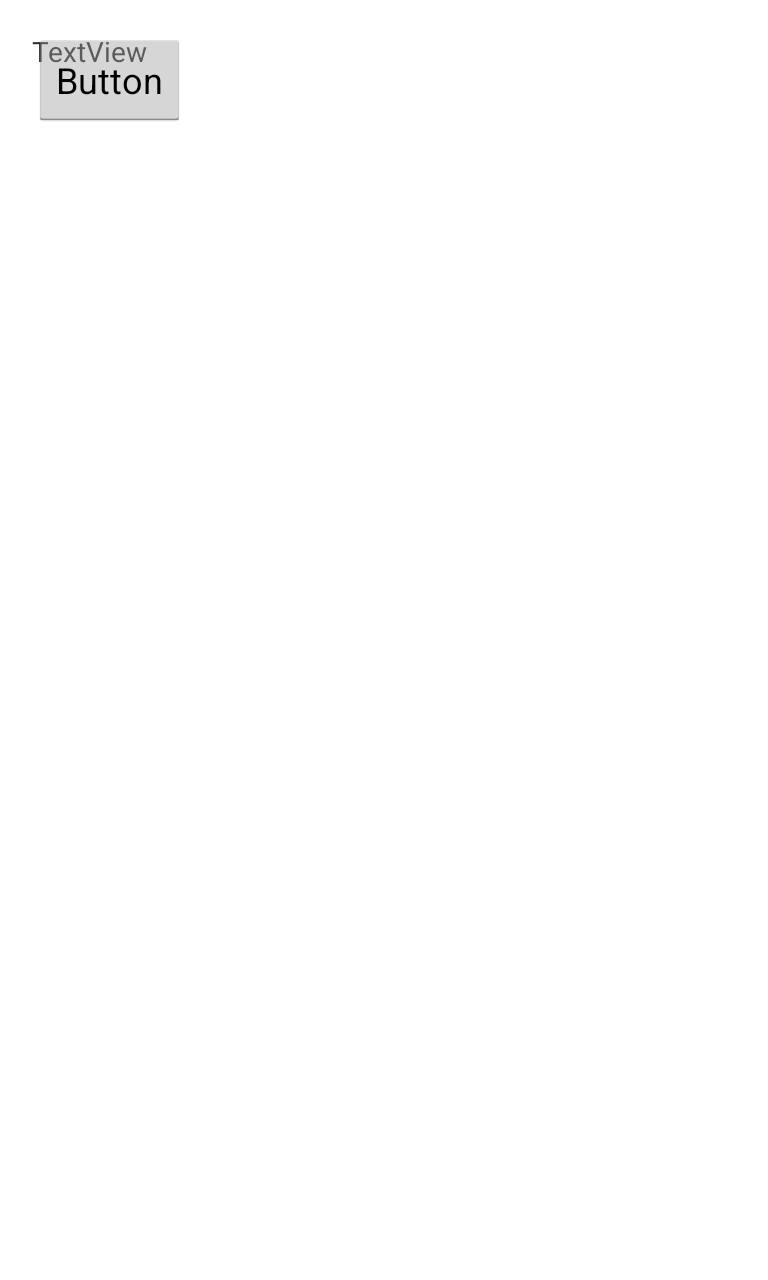
Repository: javawolfpack/CSCI567---Workspace
Layout: RelativeLayoutExample/res/layout/activity_main.xml
These files come from the project's save history. The layout is drawn as it stood at one moment and after the next save; the edit follows.
It is drawn on a 768 x 1280 px phone screen (xhdpi) without system bars, with theme AppTheme; the app's code is not run.

Above is the layout before, as saved 2014-01-30 21:28:51.

After the next save:
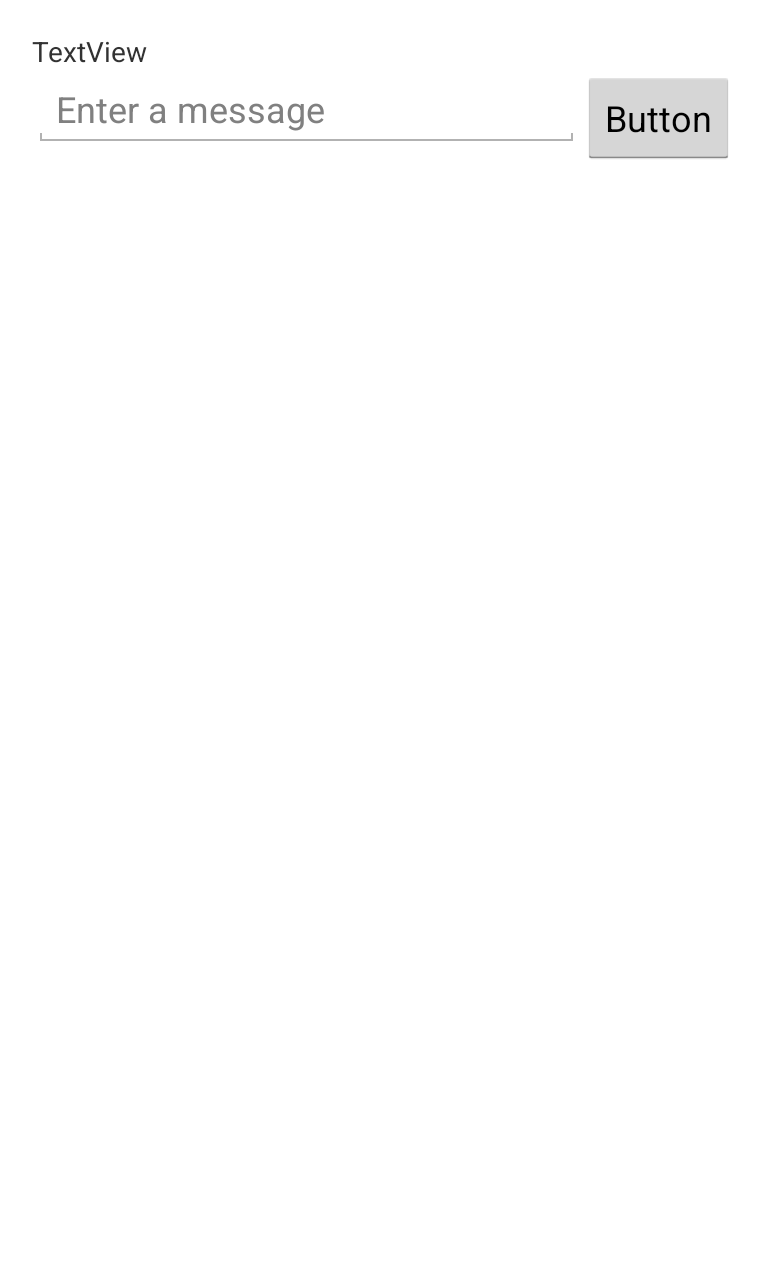
Saved 42 s later.
--- a/RelativeLayoutExample/res/layout/activity_main.xml
+++ b/RelativeLayoutExample/res/layout/activity_main.xml
@@ -22,12 +22,15 @@
        	android:hint="@string/edit_message"
        	android:layout_below="@+id/textViewLabel"
        	android:layout_alignParentLeft="true"
-       	android:layout_toLeftOf="@+id/buttonlabel"/>
+       	android:layout_toLeftOf="@+id/buttonlabel"
+       	/>
 
   	<Button
 		android:id="@+id/buttonlabel"
 		android:layout_width="wrap_content"
 		android:layout_height="wrap_content"
-		android:text="@string/button_text"/>
+		android:text="@string/button_text"
+		android:layout_below="@+id/textViewLabel"
+       	android:layout_alignParentRight="true"/>
 
 </RelativeLayout>
